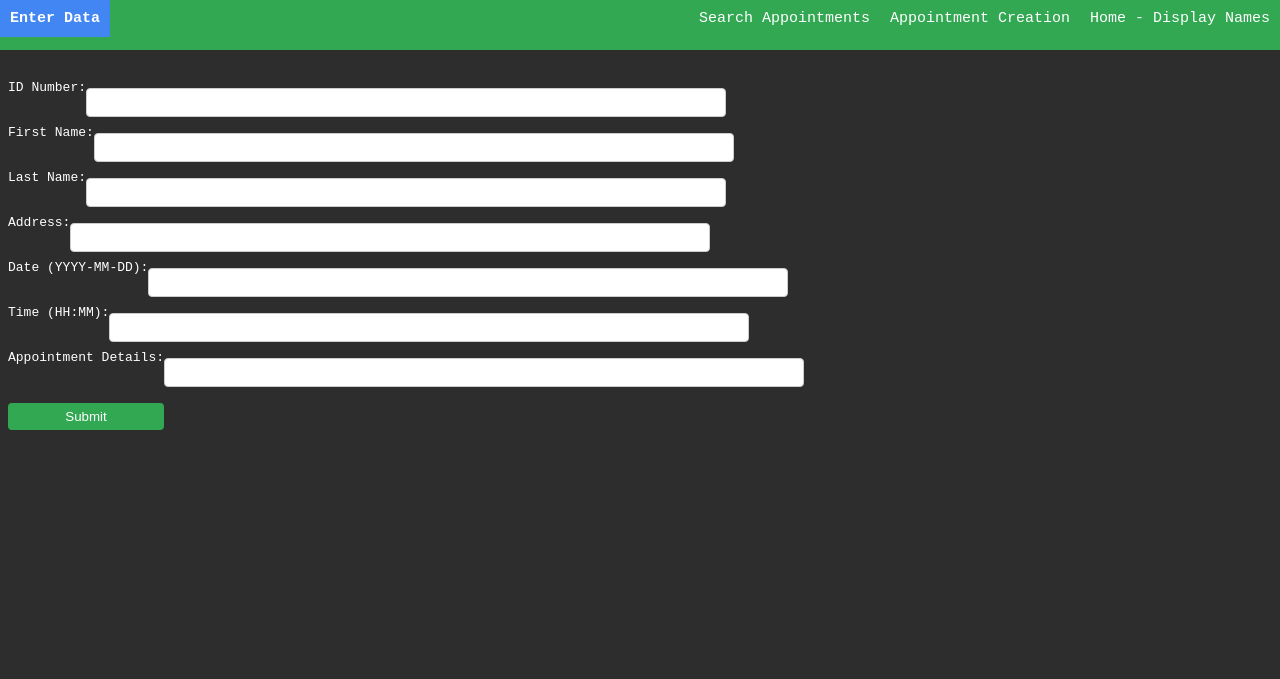
Repository: Doniico/G1_ODM
Page: workspaceCSCI4830-teamproject/teamproject/WebContent/simpleInsertHB.html
These files come from the project's save history. The page is drawn as it stood at one moment and after the next save; the edit follows.
The browser window is 1280 px wide. The pictures show the whole page.

Above is the page before, as saved 2020-04-03 06:22:37.

### workspaceCSCI4830-teamproject/teamproject/WebContent/simpleInsertHB.html
<html>
<head>
<title>Insert Data</title>
<!--shows an icon next to the title--><link rel="icon" href="https://www.nebraskaimpact.com/sites/default/files/org_logos/opendoormission_logo_withwords.jpg">

<link href = "ODMcss.css" rel = "stylesheet">
<style>
input[type=text], select {
  width: 50%;
  padding: 6px 20px;
  padding-left: 12px;
  margin: 8px 0;
  display: inline-block;
  border: 1px solid #ccc;
  border-radius: 4px;
  box-sizing: border-box;
  position: absolute;
}

input[type=submit] {
  width: 100%;
  background-color: #32a852;
  color: white;
  padding: 6px 20px;
  margin: 8px 0;
  border: none;
  border-radius: 4px;
  cursor: pointer;
}

input[type=submit]:hover {
  background-color: #45a049;
}

input[type=text]:focus {
  border: 3px solid #4286f4;
}
</style>
</head>

<body>
<header>
</header>

<ul id = "navBar">
	<li style="float: left;"><b>Enter Data</b></li>
	<li><a href = "/teamproject/ODMDesign.html">Home - Display Names</a></li>
	<li><a href = "/teamproject/simpleInsertHB.html">Appointment Creation</a></li>
	<li><a href = "/teamproject/simpleSearchHB.html">Search Appointments</a></li>
</ul>

<section>
	<!-- <h3 id = "formHeading">User Input</h3>-->
	<br>
	<br>
	<br>
	<br>
	<div style="color:white;display: inline-block;font-family: monospace;">
		<form action="SimpleInsertHB" method="POST">

			ID Number: <input type="text" name="id">
			<br><br><br>
			First Name: <input type="text" name="firstName">
			<br><br><br>
			Last Name: <input type="text" name="lastName">
			<br><br><br>
			Address: <input type="text" name="address">
			<br><br><br>
			Date (YYYY-MM-DD): <input type="text" name="date">
			<br><br><br>
			Time (HH:MM): <input type="text" name="time">
			<br><br><br>
			Appointment Details: <input type="text" name="details">
			<br><br><br>


			<input type="submit" value="Submit" />
		</form>
	</div>

</section>

</body>
</html>

### workspaceCSCI4830-teamproject/teamproject/WebContent/ODMcss.css
#navBar{
	list-style-type: none;
	margin: 0px;
	padding: 0px;
	top: 0px;
	left: 0px;
	width: 100%;
	height: 50px;
	position: absolute;
	font-size: 15px;
	z-index: 999;
	background-color: #32a852;
	   }
#navBar li{
	display: inline;
	float: right;
	padding: 10px;
	color: #FFFFFF;
	font-family: monospace;
		  }
#navBar li:hover {
	color: #FFFFFF;
	background-color: #4286f4;
			  }
#navBar a{
	text-decoration: none;
	color: #FFFFFF;
	font-family: monospace;
	font-size: 15px;
	display: block;
		 }

#homeImg{
	position: relative;
	display: block;
	margin: auto;
		}
#homeImg img{
	width: 700px;
	height: 500px;
	position: relative;
	left: 25%;
	background-size: 700px 500px;
		   }

#scrollList{
	position: relative;
	left: 50%;
	width: 100%;
	height: 50px;
	overflow: hidden;
	font-family: monospace;
	color: #FEFEFE;
	z-index: 999;
}

body{
	background-color: #2D2D2D;
}

.scrollList {
	position: absolute;
	width:100%;
	height: 725px;
	overflow: hidden;
	left: 50%;
	color: #FFFFFF;
}

.scrollList > li{
	position:absolute;
	width:100%;
}

.scrollList {
  -webkit-transition: opacity 5s ease-out;
  -webkit-animation: autoScrolling 10s linear infinite;
}

After the next save:
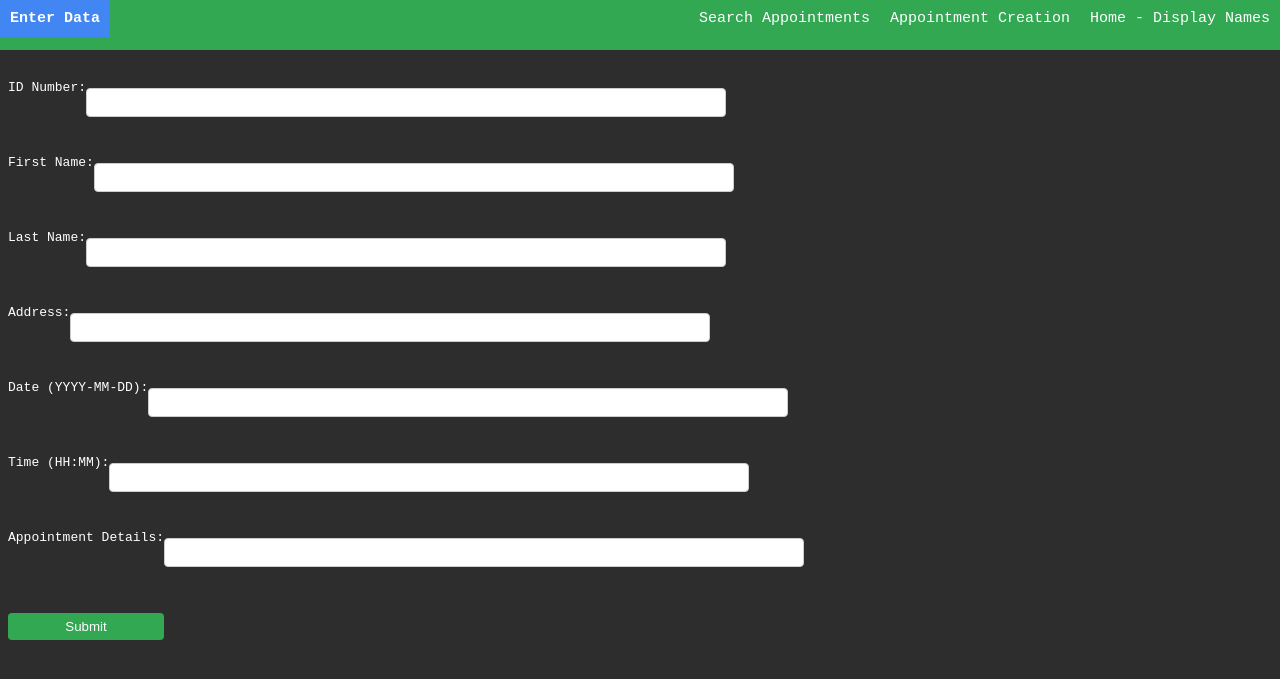
Saved 10 h 33 min later.
--- a/workspaceCSCI4830-teamproject/teamproject/WebContent/simpleInsertHB.html
+++ b/workspaceCSCI4830-teamproject/teamproject/WebContent/simpleInsertHB.html
@@ -59,19 +59,19 @@ input[type=text]:focus {
 		<form action="SimpleInsertHB" method="POST">
 
 			ID Number: <input type="text" name="id">
-			<br><br><br>
+			<br><br><br><br><br>
 			First Name: <input type="text" name="firstName">
-			<br><br><br>
+			<br><br><br><br><br>
 			Last Name: <input type="text" name="lastName">
-			<br><br><br>
+			<br><br><br><br><br>
 			Address: <input type="text" name="address">
-			<br><br><br>
+			<br><br><br><br><br>
 			Date (YYYY-MM-DD): <input type="text" name="date">
-			<br><br><br>
+			<br><br><br><br><br>
 			Time (HH:MM): <input type="text" name="time">
-			<br><br><br>
+			<br><br><br><br><br>
 			Appointment Details: <input type="text" name="details">
-			<br><br><br>
+			<br><br><br><br><br>
 
 
 			<input type="submit" value="Submit" />
